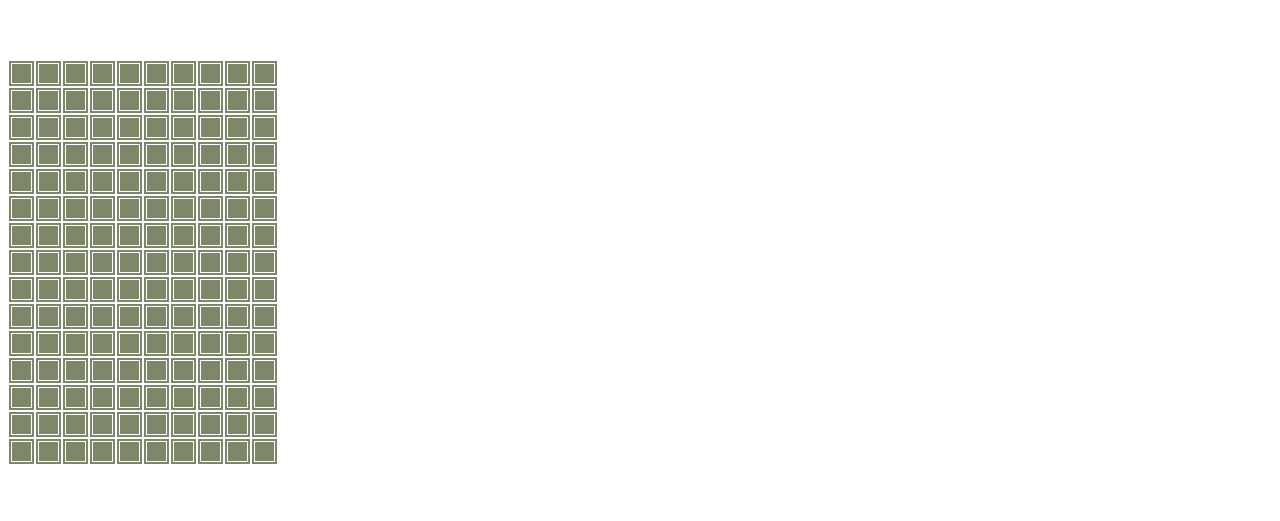
Repository: Muy-bien/Tetris
Page: /
The author's editor kept a copy of each file at every save. The page is drawn from the files as they stood at one save, then again after the next save.
The browser window is 1280 px wide. The pictures show the whole page.
The project was rebuilt for these pictures with package versions that can differ from the ones it lists, and the page was loaded fresh each time. Also part of the build but not shown: vite.config.js.

Above is the page before, as saved 2021-07-24 10:12:28.

After the next save:
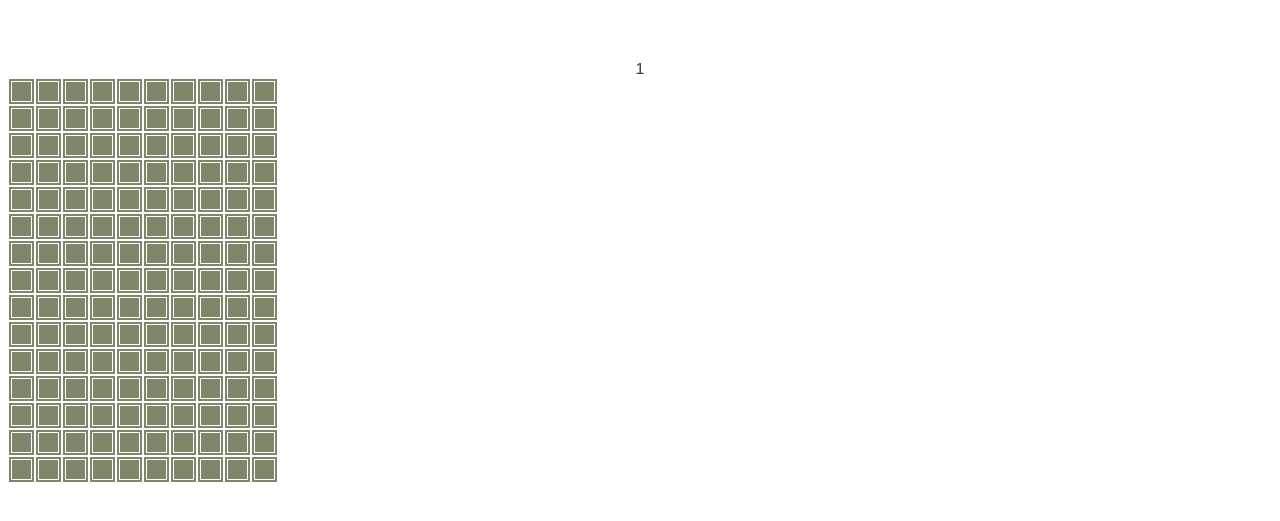
Saved 10 s later.
--- a/src/App.vue
+++ b/src/App.vue
@@ -1,5 +1,6 @@
 <template>
   <div>
+    1
     <Game></Game>
   </div>
 </template>

After the save that followed:
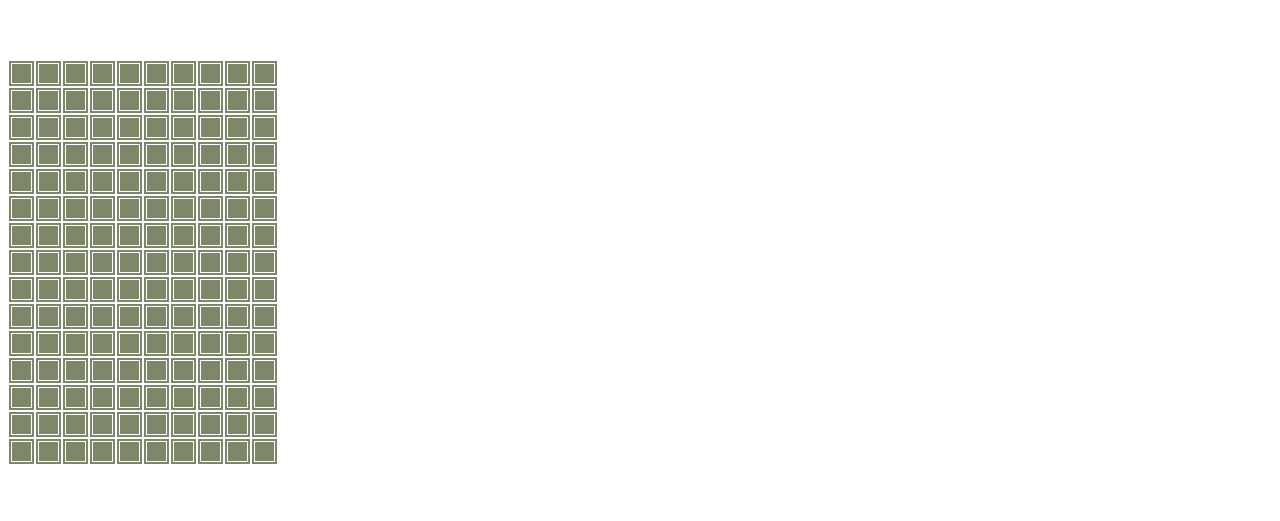
Saved 5 s later.
--- a/src/App.vue
+++ b/src/App.vue
@@ -1,6 +1,5 @@
 <template>
   <div>
-    1
     <Game></Game>
   </div>
 </template>
